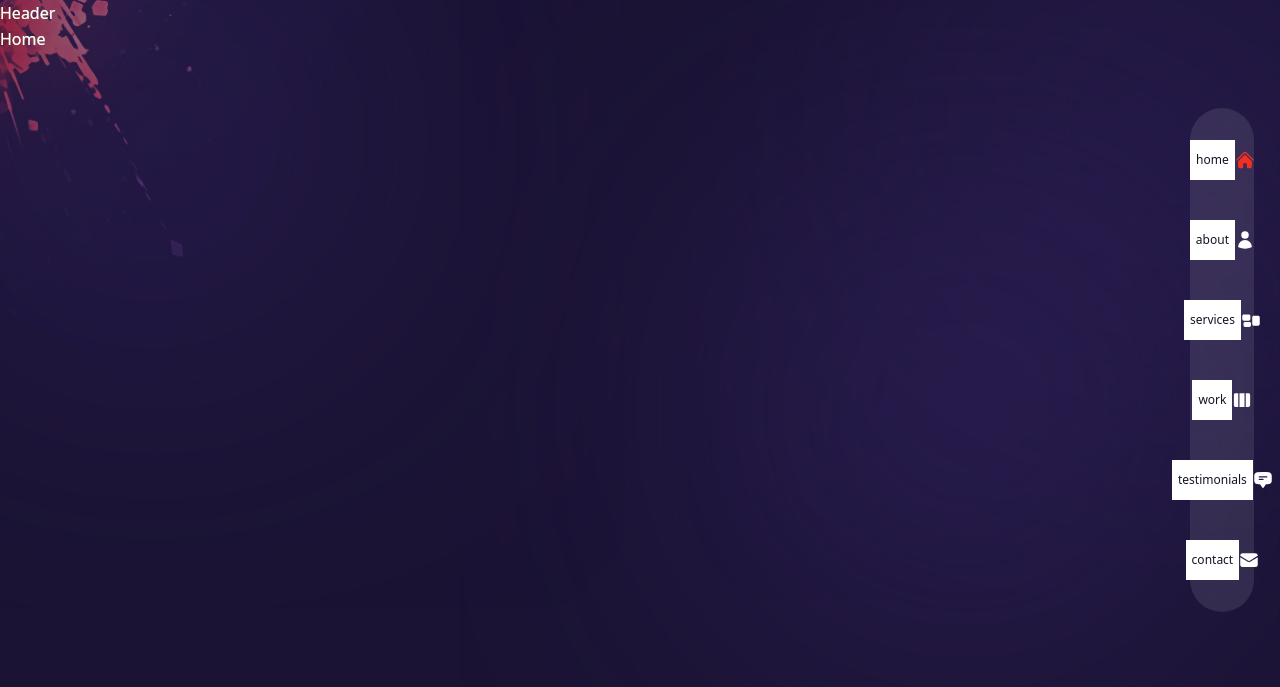
Repository: AchourMaryem/My-personal-portfolio
Page: /
An editor plug-in stored every save of this project. The page is shown before and after a run of saves, followed by the edit.
The browser window is 1280 px wide. The pictures show the whole page.
The project was rebuilt for these pictures with package versions that can differ from the ones it lists, and the page was loaded fresh each time. The framework's server and built-in components were replaced by stand-ins that run in the browser. Also part of the build but not shown: next.config.js.

Above is the page before, as saved 2023-09-21 12:38:44.

After the next 2 saves:
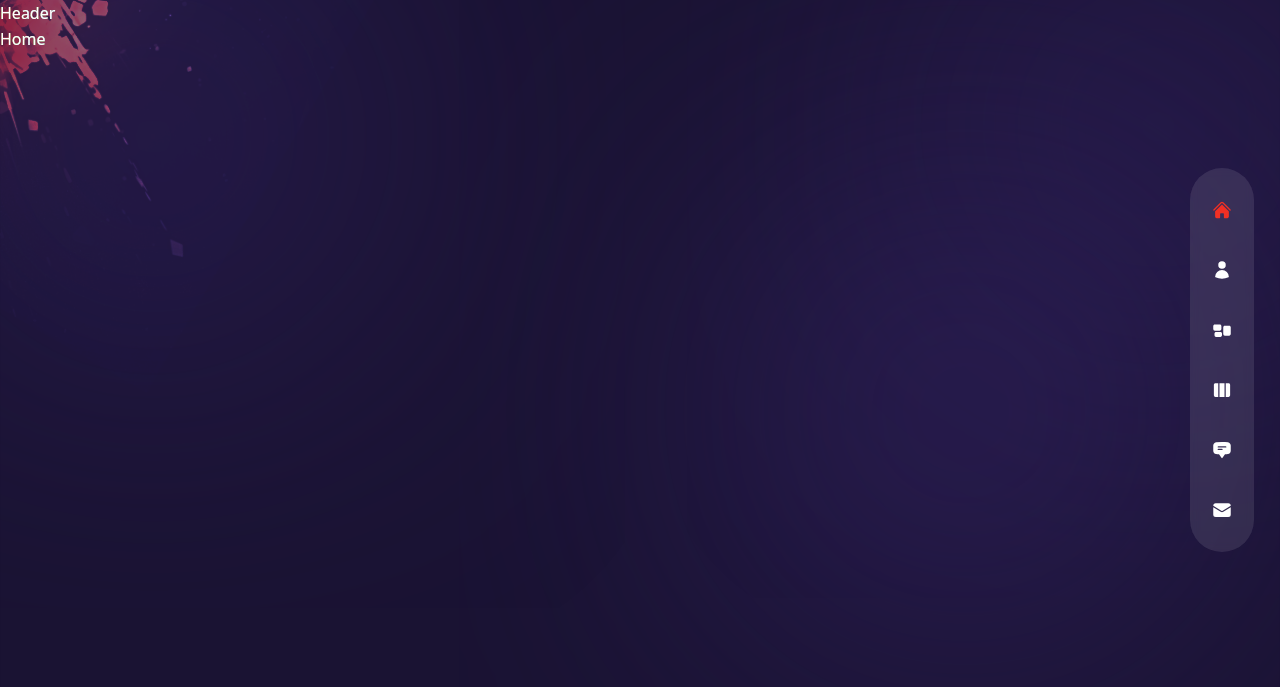
The 2 saves are shown as one change because 1 did not build or start.
The last was saved 32 s later.
--- a/components/Nav.js
+++ b/components/Nav.js
@@ -43,9 +43,10 @@ const Nav = () => {
           >
 
           {/* tooltip */}
-          <div className='absolute pr-14 right-0 hidden xl:group-hover:flex'></div>
+          <div className='absolute pr-14 right-0 hidden xl:group-hover:flex'>
           <div className='bg-white relative flex text-primary itemscenter p-[6px]'>
           <div className='text-[12px]'>{link.name}</div>
+          </div>
           </div>
          <div> {link.icon}</div>
 
